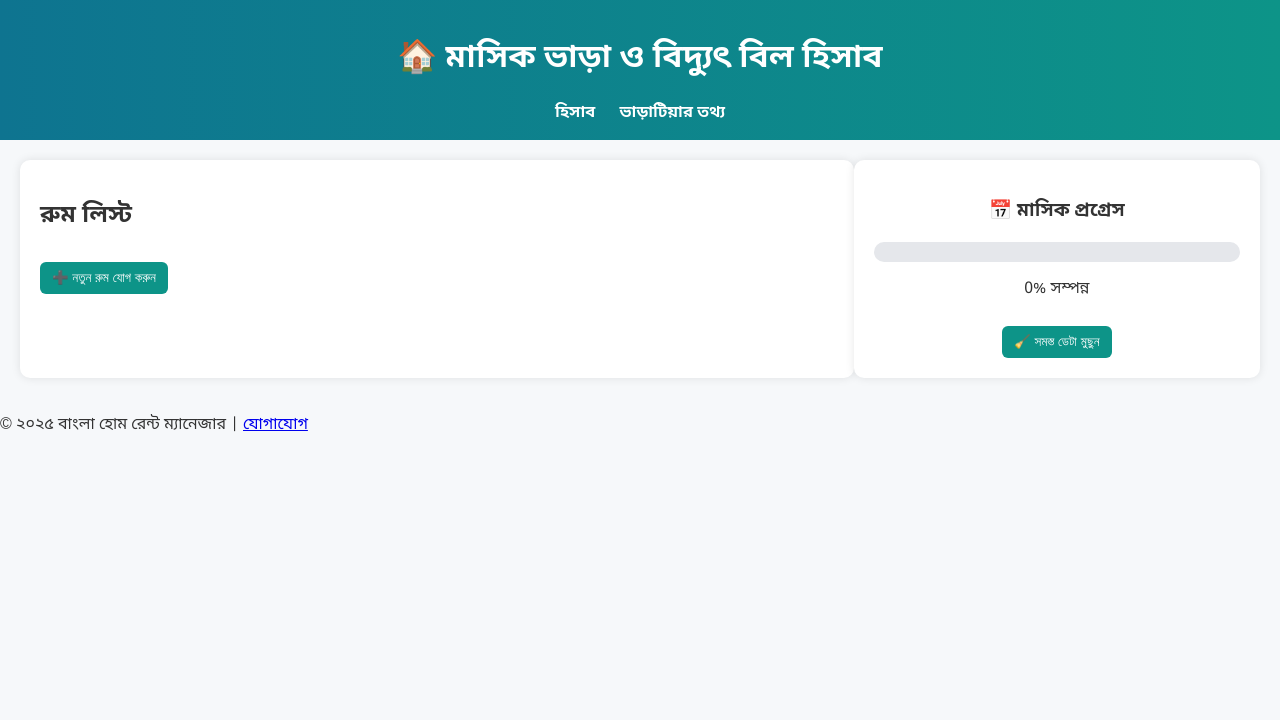
Repository: naimuddin1190/HomeRent-Management-System
Page: index.html
The author's editor kept a copy of each file at every save. The page is drawn from the files as they stood at one save, then again after the next save.
The browser window is 1280 px wide. The pictures show the whole page.

Above is the page before, as saved 2025-11-04 20:48:33.

### index.html
<!DOCTYPE html>
<html lang="bn">
<head>
  <meta charset="UTF-8">
  <meta name="viewport" content="width=device-width, initial-scale=1.0">
  <title>ভাড়া ও বিদ্যুৎ বিল ম্যানেজার</title>
  <link rel="stylesheet" href="style.css">
</head>
<body>
  <header>
    <h1>🏠 মাসিক ভাড়া ও বিদ্যুৎ বিল হিসাব</h1>
    <nav>
      <a href="index.html">হিসাব</a>
      <a href="tenant.html">ভাড়াটিয়ার তথ্য</a>
    </nav>
  </header>

  <main>
    <section id="room-section">
      <h2>রুম লিস্ট</h2>
      <div id="rooms"></div>
      <button id="addRoom">➕ নতুন রুম যোগ করুন</button>
    </section>

    <aside id="progress-section">
      <h3>📅 মাসিক প্রগ্রেস</h3>
      <div id="progressBarContainer">
        <div id="progressBar"></div>
      </div>
      <p id="progressText">০% সম্পন্ন</p>
      <button id="clearData">🧹 সমস্ত ডেটা মুছুন</button>
    </aside>
  </main>

  <footer>
    <p>© ২০২৫ বাংলা হোম রেন্ট ম্যানেজার | <a href="mailto:uddinmdnaim10@gmail.com">যোগাযোগ</a></p>
  </footer>

  <script src="main.js"></script>
</body>
</html>

### style.css
body {
  font-family: "Noto Sans Bengali", sans-serif;
  background: #f6f8fa;
  margin: 0;
  padding: 0;
  color: #333;
}

header {
  background: linear-gradient(90deg, #0e7490, #0d9488);
  color: white;
  text-align: center;
  padding: 1rem 0;
}

nav a {
  color: white;
  text-decoration: none;
  margin: 0 10px;
  font-weight: bold;
}

main {
  display: flex;
  justify-content: space-between;
  padding: 20px;
}

#room-section {
  width: 65%;
  background: white;
  padding: 20px;
  border-radius: 10px;
  box-shadow: 0 0 10px rgba(0,0,0,0.1);
}

aside {
  width: 30%;
  background: white;
  padding: 20px;
  border-radius: 10px;
  text-align: center;
  box-shadow: 0 0 10px rgba(0,0,0,0.1);
}

#progressBarContainer {
  width: 100%;
  height: 20px;
  background: #e5e7eb;
  border-radius: 10px;
  overflow: hidden;
}

#progressBar {
  height: 20px;
  width: 0%;
  background: linear-gradient(90deg, #22c55e, #16a34a);
}

button {
  background: #0d9488;
  color: white;
  border: none;
  padding: 8px 12px;
  margin-top: 10px;
  border-radius: 6px;
  cursor: pointer;
}

button:hover {
  background: #115e59;
}

### main.js
document.addEventListener("DOMContentLoaded", () => {
  const roomsContainer = document.getElementById("rooms");
  const addRoomBtn = document.getElementById("addRoom");
  const clearBtn = document.getElementById("clearData");
  const progressBar = document.getElementById("progressBar");
  const progressText = document.getElementById("progressText");

  let rooms = JSON.parse(localStorage.getItem("rooms")) || [];

  const renderRooms = () => {
    roomsContainer.innerHTML = "";
    rooms.forEach((room, index) => {
      const div = document.createElement("div");
      div.className = "room";
      div.innerHTML = `
        <h3>রুম ${index + 1}</h3>
        <label>ভাড়া (টাকা): <input type="number" value="${room.rent}" onchange="updateRoom(${index}, 'rent', this.value)"></label>
        <label>বিদ্যুৎ ইউনিট: <input type="number" value="${room.unit}" onchange="updateRoom(${index}, 'unit', this.value)"></label>
        <button onclick="removeRoom(${index})">❌ মুছুন</button>
        <p>মোট বিল: ${(Number(room.rent) + (Number(room.unit) * 10))} টাকা</p>
      `;
      roomsContainer.appendChild(div);
    });
    updateProgress();
  };

  addRoomBtn.addEventListener("click", () => {
    rooms.push({ rent: 0, unit: 0 });
    saveRooms();
    renderRooms();
  });

  window.updateRoom = (index, key, value) => {
    rooms[index][key] = value;
    saveRooms();
    renderRooms();
  };

  window.removeRoom = (index) => {
    rooms.splice(index, 1);
    saveRooms();
    renderRooms();
  };

  const saveRooms = () => {
    localStorage.setItem("rooms", JSON.stringify(rooms));
  };

  const updateProgress = () => {
    const filled = rooms.filter(r => r.rent > 0 || r.unit > 0).length;
    const progress = rooms.length ? Math.round((filled / rooms.length) * 100) : 0;
    progressBar.style.width = `${progress}%`;
    progressText.textContent = `${progress}% সম্পন্ন`;
  };

  clearBtn.addEventListener("click", () => {
    if (confirm("সব ডেটা মুছে ফেলতে চান?")) {
      localStorage.clear();
      rooms = [];
      renderRooms();
    }
  });

  renderRooms();
});

After the next save:
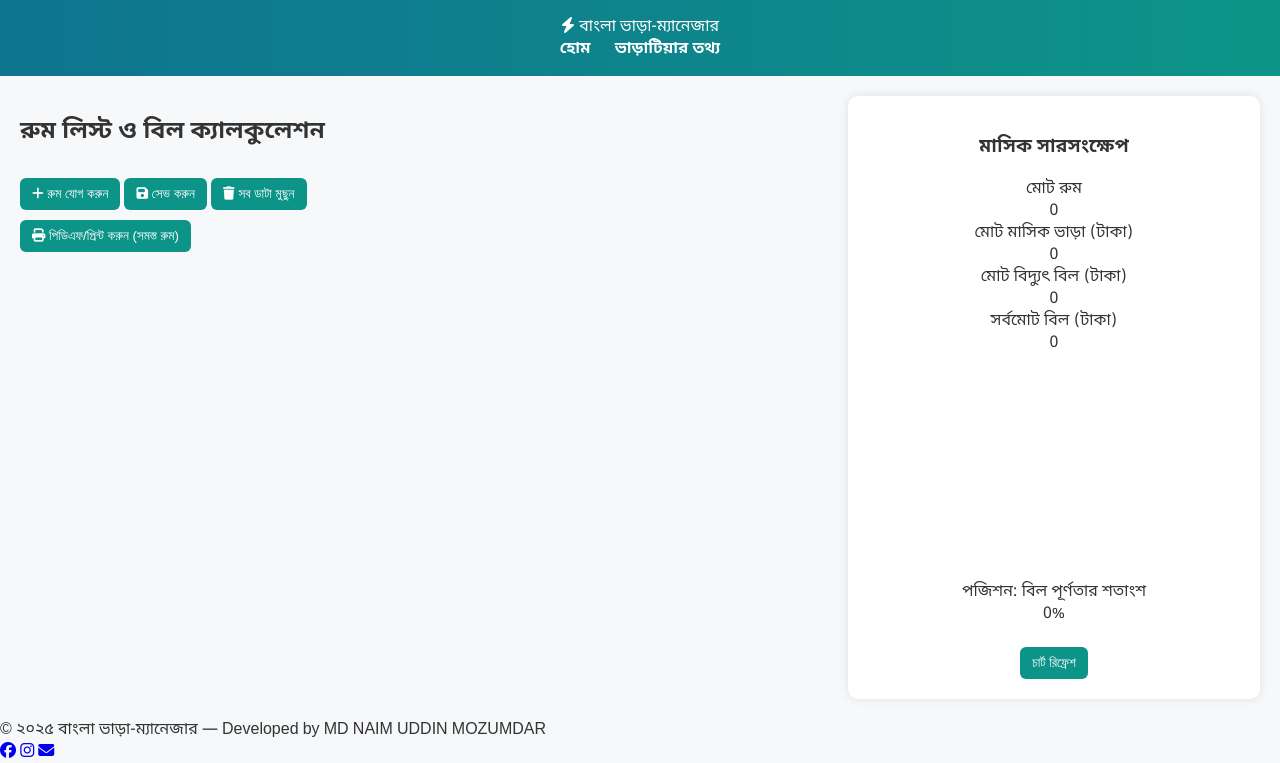
Not found: js/main.js
Saved 7 min 44 s later.
--- a/index.html
+++ b/index.html
@@ -1,41 +1,101 @@
-<!DOCTYPE html>
+<!doctype html>
 <html lang="bn">
 <head>
-  <meta charset="UTF-8">
-  <meta name="viewport" content="width=device-width, initial-scale=1.0">
-  <title>ভাড়া ও বিদ্যুৎ বিল ম্যানেজার</title>
-  <link rel="stylesheet" href="style.css">
+  <meta charset="utf-8" />
+  <meta name="viewport" content="width=device-width, initial-scale=1" />
+  <title>বাংলা ভাড়া ও বিদ্যুৎ ম্যানেজার</title>
+
+  <!-- স্টাইলশীট -->
+  <link rel="stylesheet" href="css/style.css">
+
+  <!-- Font Awesome (icons) -->
+  <link rel="stylesheet" href="https://cdnjs.cloudflare.com/ajax/libs/font-awesome/6.5.0/css/all.min.css">
+
+  <!-- Chart.js for progress chart -->
+  <script src="https://cdn.jsdelivr.net/npm/chart.js"></script>
 </head>
 <body>
-  <header>
-    <h1>🏠 মাসিক ভাড়া ও বিদ্যুৎ বিল হিসাব</h1>
-    <nav>
-      <a href="index.html">হিসাব</a>
+  <header class="navbar">
+    <div class="brand"><i class="fa-solid fa-bolt"></i> বাংলা ভাড়া-ম্যানেজার</div>
+    <nav class="navlinks">
+      <a href="index.html">হোম</a>
       <a href="tenant.html">ভাড়াটিয়ার তথ্য</a>
     </nav>
   </header>
 
-  <main>
-    <section id="room-section">
-      <h2>রুম লিস্ট</h2>
-      <div id="rooms"></div>
-      <button id="addRoom">➕ নতুন রুম যোগ করুন</button>
+  <main class="dashboard">
+    <!-- Left column: room cards -->
+    <section class="left-col">
+      <div class="panel">
+        <div class="panel-head">
+          <h2>রুম লিস্ট ও বিল ক্যালকুলেশন</h2>
+          <div class="panel-actions">
+            <button id="addRoomBtn" class="btn primary"><i class="fa-solid fa-plus"></i> রুম যোগ করুন</button>
+            <button id="saveAllBtn" class="btn accent"><i class="fa-solid fa-save"></i> সেভ করুন</button>
+            <button id="clearAllBtn" class="btn danger"><i class="fa-solid fa-trash"></i> সব ডাটা মুছুন</button>
+          </div>
+        </div>
+
+        <div id="roomContainer" class="room-container">
+          <!-- রুম কার্ডস এখানে যোগ হবে -->
+        </div>
+
+        <div class="bottom-actions">
+          <button id="printSummaryBtn" class="btn outline"><i class="fa-solid fa-print"></i> পিডিএফ/প্রিন্ট করুন (সমস্ত রুম)</button>
+        </div>
+      </div>
     </section>
 
-    <aside id="progress-section">
-      <h3>📅 মাসিক প্রগ্রেস</h3>
-      <div id="progressBarContainer">
-        <div id="progressBar"></div>
+    <!-- Right column: Progress + summary -->
+    <aside class="right-col">
+      <div class="panel">
+        <h3>মাসিক সারসংক্ষেপ</h3>
+        <div class="summary-grid">
+          <div class="summary-card">
+            <div class="title">মোট রুম</div>
+            <div id="totalRooms" class="value">0</div>
+          </div>
+          <div class="summary-card">
+            <div class="title">মোট মাসিক ভাড়া (টাকা)</div>
+            <div id="totalRent" class="value">0</div>
+          </div>
+          <div class="summary-card">
+            <div class="title">মোট বিদ্যুৎ বিল (টাকা)</div>
+            <div id="totalElec" class="value">0</div>
+          </div>
+          <div class="summary-card">
+            <div class="title">সর্বমোট বিল (টাকা)</div>
+            <div id="grandTotal" class="value">0</div>
+          </div>
+        </div>
+
+        <div class="chart-section">
+          <canvas id="progressChart" height="220"></canvas>
+        </div>
+
+        <div class="progress-bar-wrap">
+          <div class="progress-label">পজিশন: বিল পূর্ণতার শতাংশ</div>
+          <div class="progress-track"><div id="progressFill" class="progress-fill"></div></div>
+          <div id="progressPercent" class="progress-percent">0%</div>
+        </div>
+
+        <div style="margin-top:12px">
+          <button id="refreshChartBtn" class="btn outline">চার্ট রিফ্রেশ</button>
+        </div>
       </div>
-      <p id="progressText">০% সম্পন্ন</p>
-      <button id="clearData">🧹 সমস্ত ডেটা মুছুন</button>
     </aside>
   </main>
 
-  <footer>
-    <p>© ২০২৫ বাংলা হোম রেন্ট ম্যানেজার | <a href="mailto:uddinmdnaim10@gmail.com">যোগাযোগ</a></p>
+  <footer class="site-footer">
+    <div>© ২০২৫ বাংলা ভাড়া-ম্যানেজার — Developed by MD NAIM UDDIN MOZUMDAR</div>
+    <div class="socials">
+      <a href="#"><i class="fab fa-facebook"></i></a>
+      <a href="#"><i class="fab fa-instagram"></i></a>
+      <a href="mailto:uddinmdnaim10@gmail.com"><i class="fa-solid fa-envelope"></i></a>
+    </div>
   </footer>
 
-  <script src="main.js"></script>
+  <!-- Main script -->
+  <script src="js/main.js"></script>
 </body>
 </html>
